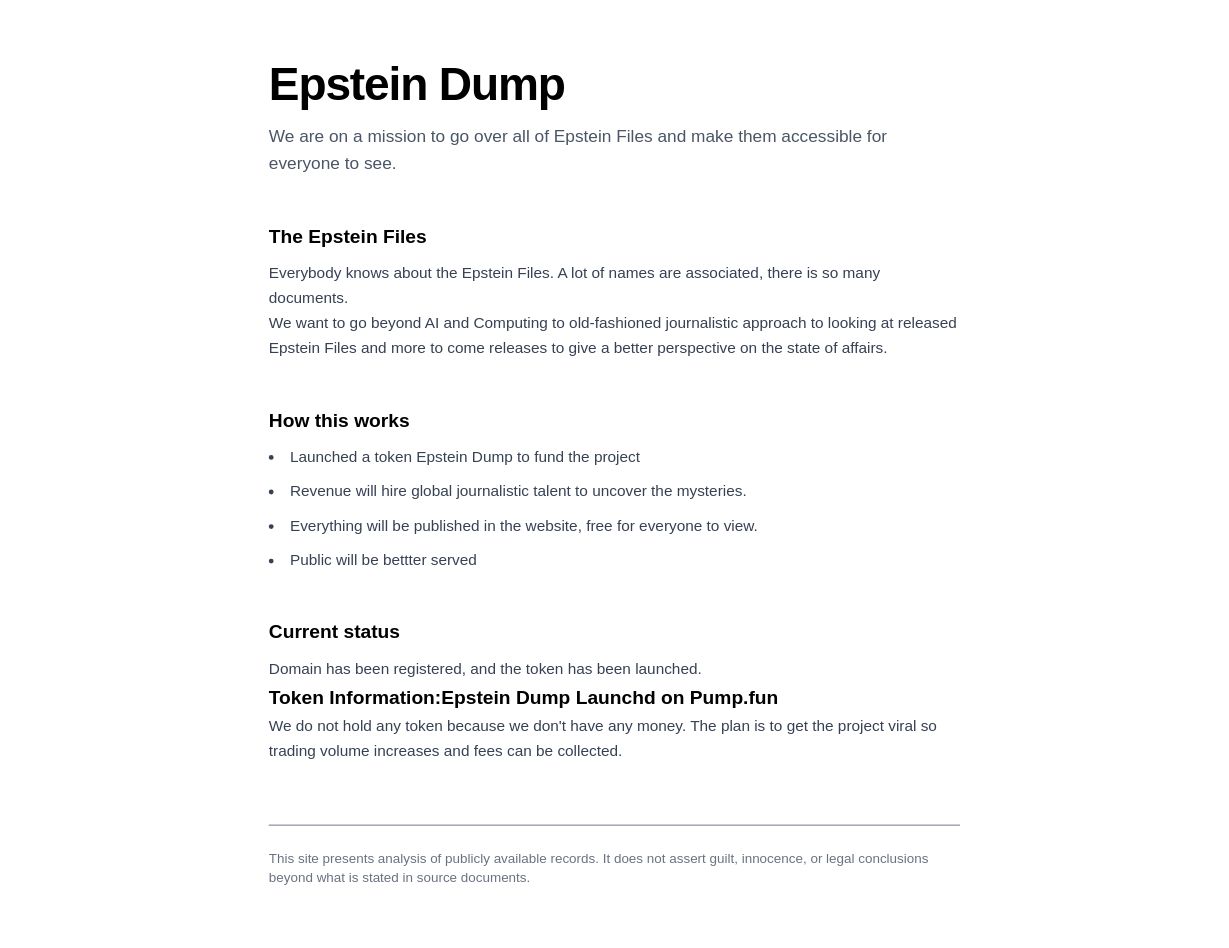
Repository: dayvoid97/epsteindump
Page: /
The author's editor kept a copy of each file at every save. The page is drawn from the files as they stood at one save, then again after the next save.
The browser window is 1280 px wide. The pictures show the whole page, at 96% of full size.
The project was rebuilt for these pictures with package versions that can differ from the ones it lists, and the page was loaded fresh each time. The framework's server and built-in components were replaced by stand-ins that run in the browser. Also part of the build but not shown: next.config.ts.

Above is the page before, as saved 2026-02-02 02:27:45.

After the next save:
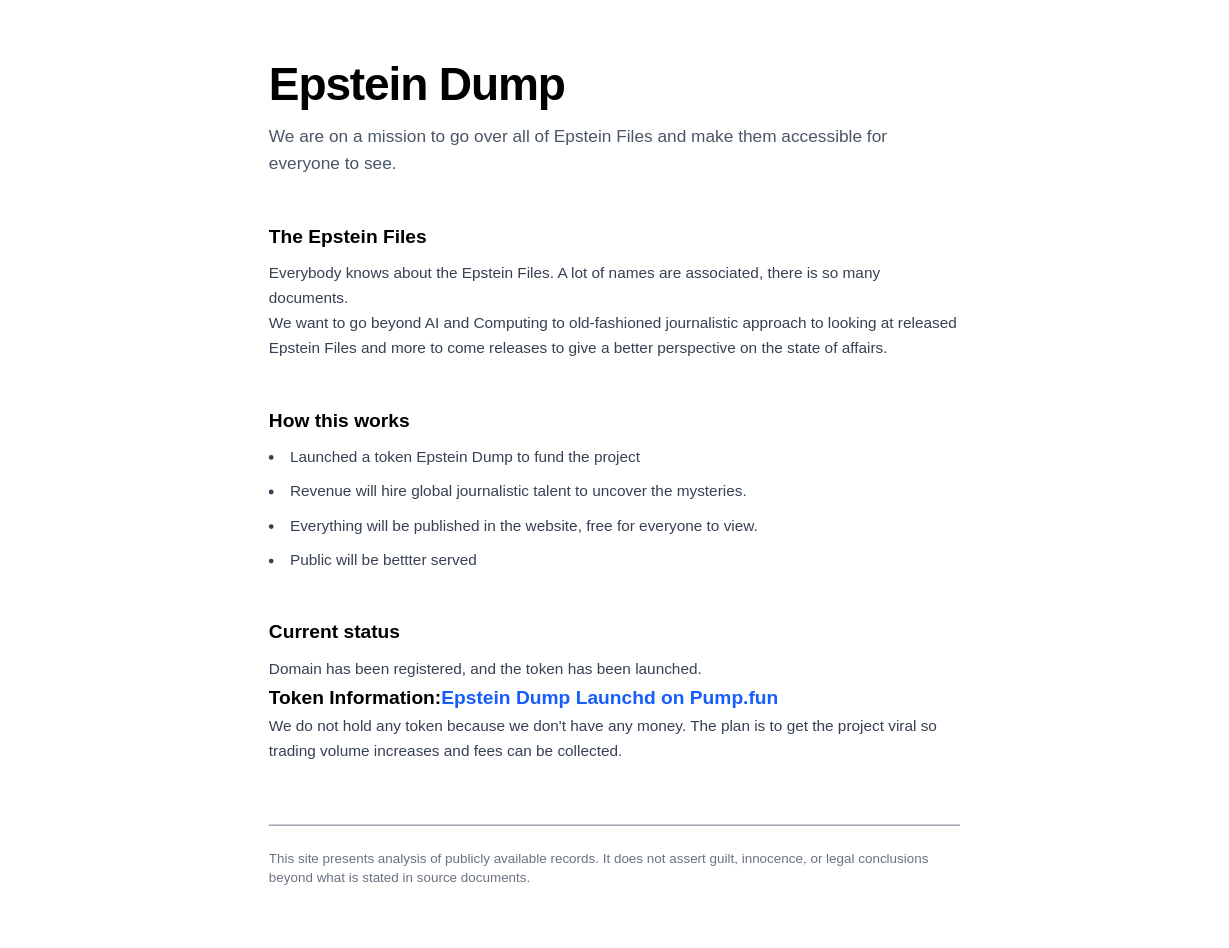
Saved 13 s later.
--- a/app/page.tsx
+++ b/app/page.tsx
@@ -45,7 +45,10 @@
           </p>
           <p className=" font-bold text-xl  leading-relaxed">
             Token Information:
-            <a href="https://pump.fun/coin/AjRmSm4ZyLYUZ9ftCfi5yzLexpvPSRJtbccKJ99Dpump">
+            <a
+              href="https://pump.fun/coin/AjRmSm4ZyLYUZ9ftCfi5yzLexpvPSRJtbccKJ99Dpump"
+              className="text-blue-600"
+            >
               Epstein Dump Launchd on Pump.fun
             </a>
           </p>
